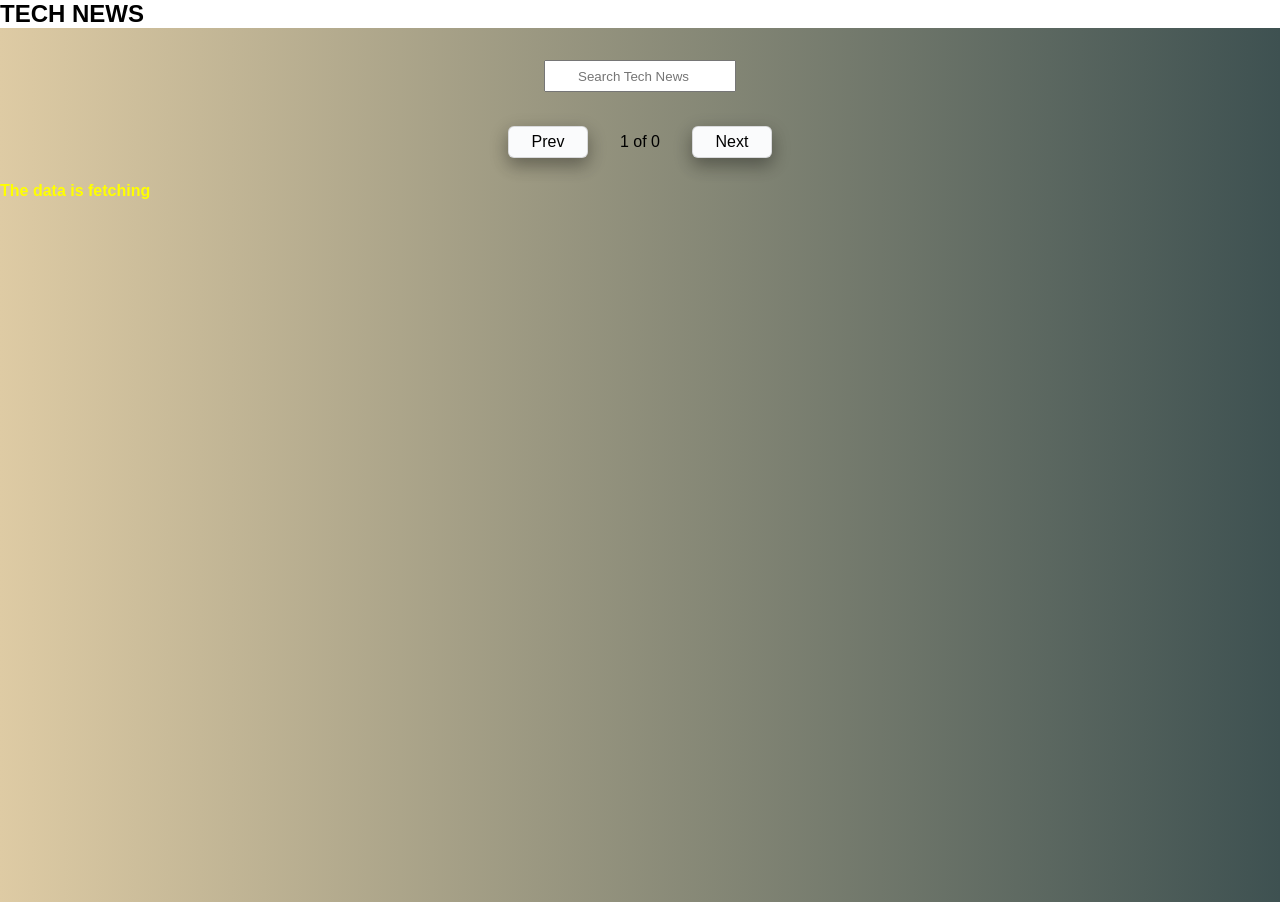
Repository: suraj-yadav7/TechNews
Page: /
These files come from the project's save history. The page is drawn as it stood at one moment and after the next save; the edit follows.
The browser window is 1280 px wide. The pictures show the whole page.
The page's requests for data from a server got no answer. The project was rebuilt for these pictures with package versions that can differ from the ones it lists, and the page was loaded fresh each time. No one was signed in, and anything a server would have sent is missing.

Above is the page before, as saved 2023-04-28 10:57:17.

After the next save:
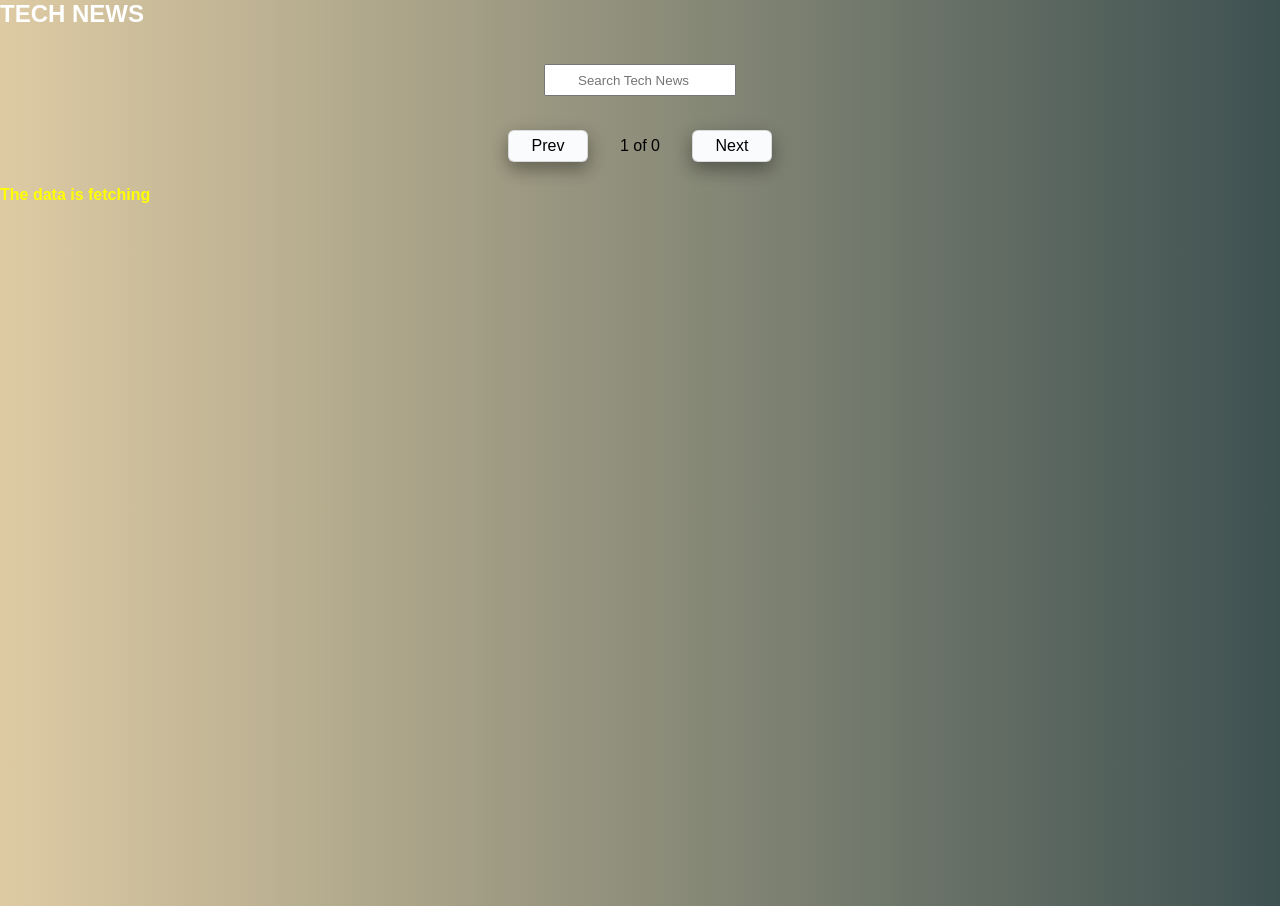
Saved 92 s later.
--- a/src/App.css
+++ b/src/App.css
@@ -4,6 +4,14 @@
   box-sizing: border-box;
   font-family:  sans-serif;
 }
+
+/* Navbar */
+  .navbar{
+    width: 100%;
+    height: 2rem;
+    background-image: linear-gradient(to right, #DECBA4, #3E5151);
+    color:#fff;
+  }
 
 /* Search Div*/
 .searchMain{
